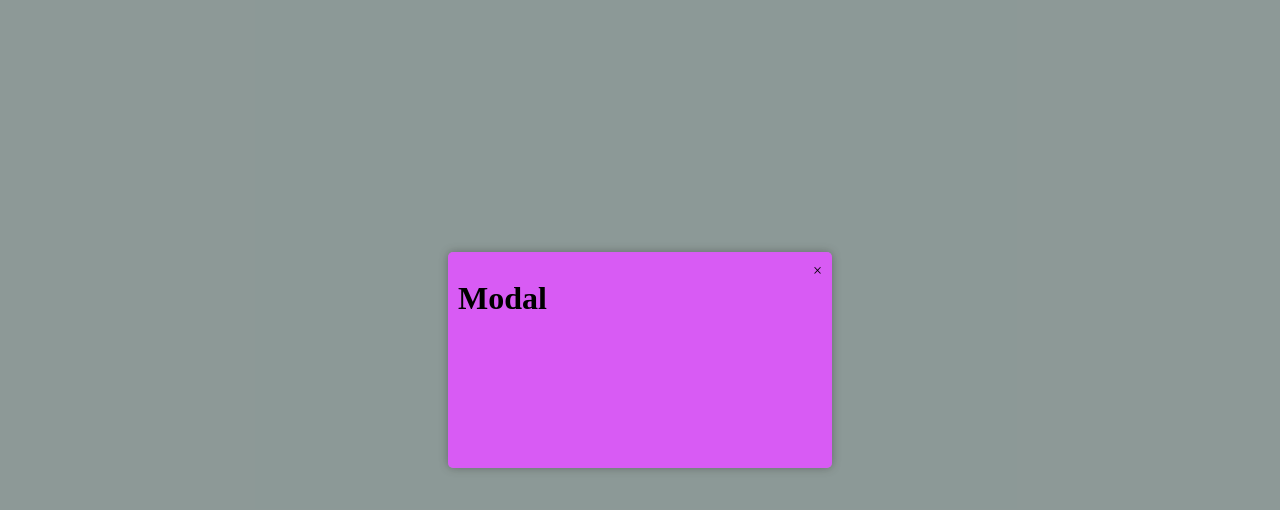
Repository: Soab42/portfolio
Page: /modal
The author's editor kept a copy of each file at every save. The page is drawn from the files as they stood at one save, then again after the next save.
The browser window is 1280 px wide. The pictures show the whole page.
The project was rebuilt for these pictures with package versions that can differ from the ones it lists, and the page was loaded fresh each time. The framework's server and built-in components were replaced by stand-ins that run in the browser. Also part of the build but not shown: next.config.js.

Above is the page before, as saved 2023-10-09 16:05:11.

After the next save:
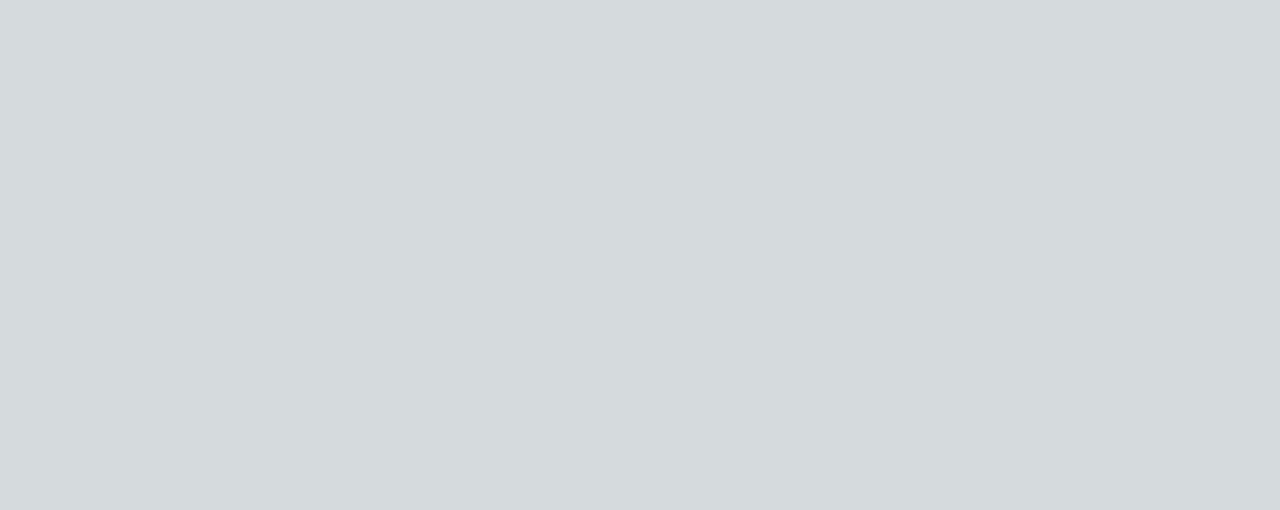
Saved 103 s later.
--- a/components/Modal.js
+++ b/components/Modal.js
@@ -2,7 +2,7 @@
 import React, { useState } from "react";
 
 export default function Modal({ children }) {
-  const [isOpen, setIsOpen] = useState(false);
+  const [isOpen, setIsOpen] = useState(true);
 
   const openModal = () => {
     setIsOpen(true);

After the save that followed:
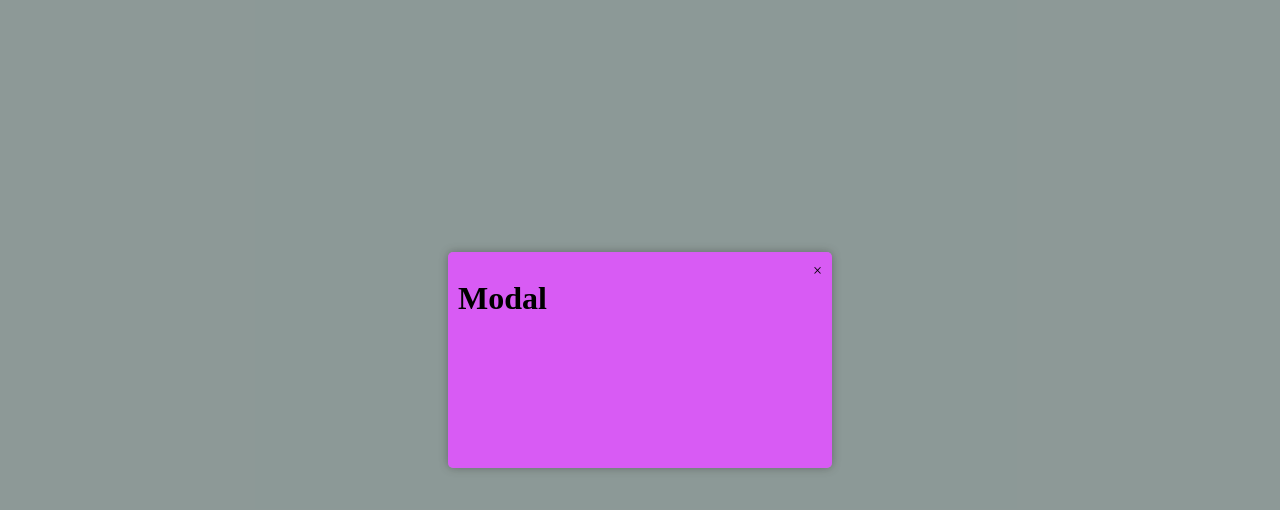
Saved 33 s later.
--- a/components/Modal.js
+++ b/components/Modal.js
@@ -14,7 +14,7 @@ export default function Modal({ children }) {
     document.body.style.overflow = "auto"; // Restore scrolling
   };
   return (
-    <div className="modal" style={{ display: `${isOpen ? "none" : "hidden"}` }}>
+    <div className="modal" style={{ display: `${isOpen ? "flex" : "hidden"}` }}>
       <div className="modal-content">
         <span
           className="close"
